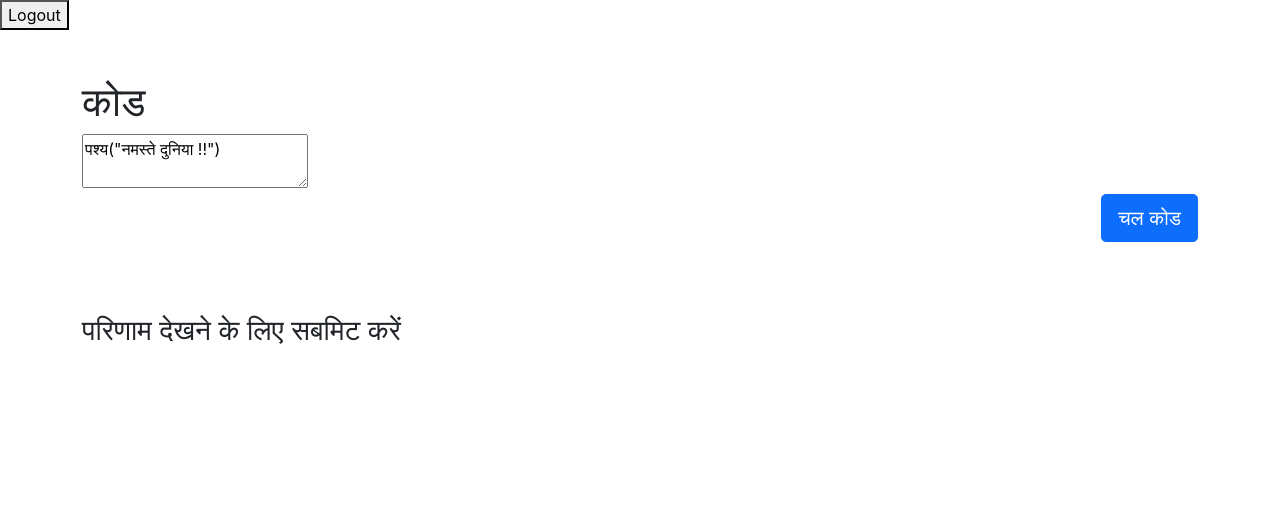
Repository: Vivek3072/webapp_shuniya_code.com
Page: /
These files come from the project's save history. The page is drawn as it stood at one moment and after the next save; the edit follows.
The browser window is 1280 px wide. The pictures show the whole page.
The project was rebuilt for these pictures with package versions that can differ from the ones it lists, and the page was loaded fresh each time. Also part of the build but not shown: src/components/Login.js, src/components/Singup.js. Imported but missing from the stored project, and not drawn on this page: src/axiosApi.

Above is the page before, as saved 2021-02-26 23:32:52.

### public/index.html
<!DOCTYPE html>
<html lang="en">
  <head>
    <meta charset="utf-8" />
    <link rel="icon" href="%PUBLIC_URL%/favicon.ico" />
    <meta name="viewport" content="width=device-width, initial-scale=1" />
    <meta name="theme-color" content="#000000" />
    <meta
      name="description"
      content="Web site created using create-react-app"
    />
    <link rel="apple-touch-icon" href="%PUBLIC_URL%/logo192.png" />
    <!-- CSS only -->
    <link href="https://cdn.jsdelivr.net/npm/bootstrap@5.0.0-beta2/dist/css/bootstrap.min.css" rel="stylesheet" integrity="sha384-BmbxuPwQa2lc/FVzBcNJ7UAyJxM6wuqIj61tLrc4wSX0szH/Ev+nYRRuWlolflfl" crossorigin="anonymous">
    <script src="https://cdn.jsdelivr.net/npm/bootstrap@5.0.0-beta2/dist/js/bootstrap.bundle.min.js" integrity="sha384-b5kHyXgcpbZJO/tY9Ul7kGkf1S0CWuKcCD38l8YkeH8z8QjE0GmW1gYU5S9FOnJ0" crossorigin="anonymous"></script>
    <!--
      manifest.json provides metadata used when your web app is installed on a
      user's mobile device or desktop. See https://developers.google.com/web/fundamentals/web-app-manifest/
    -->
    <link rel="manifest" href="%PUBLIC_URL%/manifest.json" />
    <!--
      Notice the use of %PUBLIC_URL% in the tags above.
      It will be replaced with the URL of the `public` folder during the build.
      Only files inside the `public` folder can be referenced from the HTML.

      Unlike "/favicon.ico" or "favicon.ico", "%PUBLIC_URL%/favicon.ico" will
      work correctly both with client-side routing and a non-root public URL.
      Learn how to configure a non-root public URL by running `npm run build`.
    -->
    <title>React App</title>
  </head>
  <body>
    <noscript>You need to enable JavaScript to run this app.</noscript>
    <div id="root"></div>
    <!--
      This HTML file is a template.
      If you open it directly in the browser, you will see an empty page.

      You can add webfonts, meta tags, or analytics to this file.
      The build step will place the bundled scripts into the <body> tag.

      To begin the development, run `npm start` or `yarn start`.
      To create a production bundle, use `npm run build` or `yarn build`.
    -->
  </body>
</html>

### src/index.js
import React from 'react';
import ReactDOM from 'react-dom';
import './index.css';
import App from './App';
import reportWebVitals from './reportWebVitals';
import {BrowserRouter} from 'react-router-dom'
ReactDOM.render(
  <BrowserRouter>
    <App />
  </BrowserRouter>,
  document.getElementById('root')
);

// If you want to start measuring performance in your app, pass a function
// to log results (for example: reportWebVitals(console.log))
// or send to an analytics endpoint. Learn more: https://bit.ly/CRA-vitals
reportWebVitals();

### src/App.js



import React, { Component} from "react";
import { Switch, Route, Link } from "react-router-dom";
import Login from "./components/Login";
import Signup from "./components/Singup";
// import Hello from "./hello";

import axiosInstance from "./axiosApi";

import home from './home'


class App extends Component {

    constructor() {
        super();
        this.handleLogout = this.handleLogout.bind(this);
    }

    async handleLogout() {
        try {
            const response = await axiosInstance.post('/blacklist/', {
                "refresh_token": localStorage.getItem("refresh_token")
            });
            localStorage.removeItem('access_token');
            localStorage.removeItem('refresh_token');
            axiosInstance.defaults.headers['Authorization'] = null;
            return response;
        }
        catch (e) {
            console.log(e);
        }
    };

    render() {
        return (
            <div className="App">
                <nav>
                    <button onClick={this.handleLogout}>Logout</button>
                </nav>

                    <Switch>
                     <Route exact path="/" component={home}  />
                        <Route exact path={"/login/"} component={Login}/>
                        <Route exact path={"/signup/"} component={Signup}/>
                    </Switch>

            </div>
        );
    }
}

export default App;

### src/home/index.js
import React, { Component } from "react";
import axios from "axios";

export default class home extends Component {
  constructor(props) {
    super(props);
    this.state = {
      texteditor: "",
      showtext: "",
      isSubmited: false,
      isloaded: false,
    };
  }
  submitHandler = () => {
    this.setState({
      isloaded: false,
      isSubmited: true,
    });
    var getText = document.getElementById("texteditor").value;
    console.log(getText);
    var code_text_b64 = btoa(unescape(encodeURIComponent(getText)));
    const postBody = {
      code_file_name: "a.py",
      code_input: "1",
      code_text_b64: code_text_b64,
      input_flag: "ABSENT",
    };
    var postContent = JSON.stringify(postBody);
    const headers = {
      "Content-Type": "application/json",
    };
    const res = axios
      .post(
        "http://ec2-13-232-16-70.ap-south-1.compute.amazonaws.com:8000/api/v1/web_ide/",
        postContent,
        headers
      )
      .then((res) => {
        this.setState({
          showtext: res.data,
          isloaded: true,
        });
      });
  };
  render() {
    return (
      <div>
        <br></br>
        <br></br>
        <div className="container">
          <div className="row">
            <div className="col-sm-12 col-md-12 col-lg-12">
              <h1>कोड</h1>
              <textarea id="texteditor" className="editor_area">
                पश्य("नमस्ते दुनिया !!")
              </textarea>
              <div
                className="menu-bar"
                style={{ position: "relative", textAlign: "end" }}
              >
                <button
                  className="btn btn-lg btn-primary submit-btn"
                  onClick={this.submitHandler}
                >
                  चल कोड
                </button>
              </div>
            </div>
            <div className="col-sm-12 col-md-12 col-lg-12">
              <div className="menu-bar"></div>
              <br></br>
              <br></br>
              <br></br>

              {this.state.isSubmited ? (
                <div>
                  <h1>परिणाम</h1>
                  {this.state.isloaded ? (
                    <textarea className="sub" value={this.state.showtext}>
                      {" "}
                    </textarea>
                  ) : (
                    <div>
                      <h6>प्रोसेसिंग....................</h6>
                      <div className="loader"></div>
                    </div>
                  )}
                </div>
              ) : (
                <h3>परिणाम देखने के लिए सबमिट करें</h3>
              )}
            </div>
          </div>
        </div>
      </div>
    );
  }
}

Loaded but not shown: src/index.css (common file); src/reportWebVitals.js (common file)

After the next save:
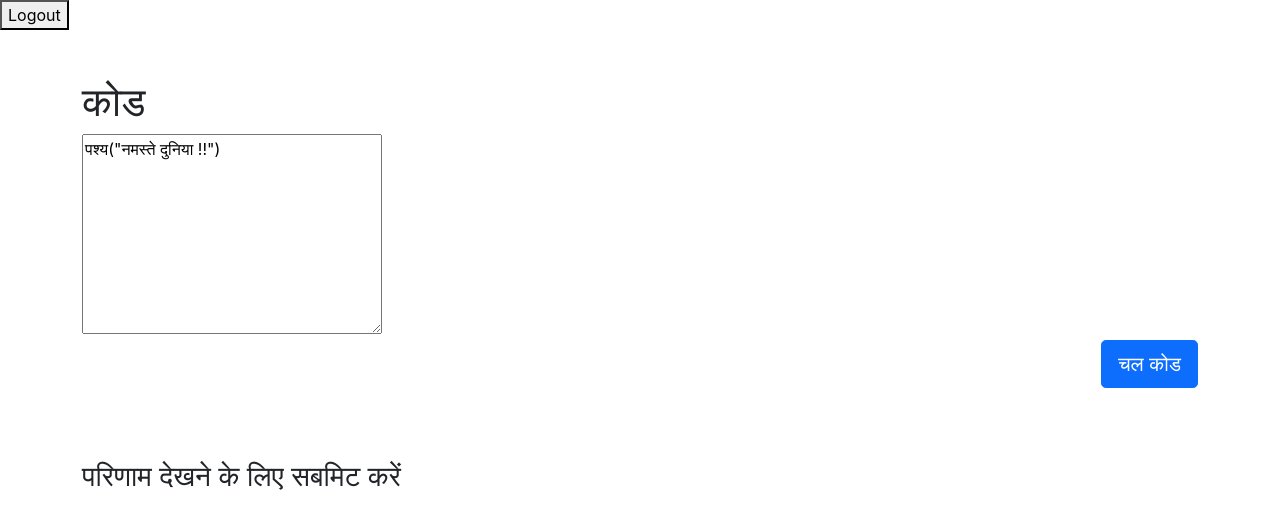
Saved 26 min 51 s later.
--- a/src/home/index.js
+++ b/src/home/index.js
@@ -51,7 +51,8 @@ export default class home extends Component {
           <div className="row">
             <div className="col-sm-12 col-md-12 col-lg-12">
               <h1>कोड</h1>
-              <textarea id="texteditor" className="editor_area">
+              <textarea id="texteditor" className="editor_area" style={{width: "300px",
+    height: "200px"}}>
                 पश्य("नमस्ते दुनिया !!")
               </textarea>
               <div
